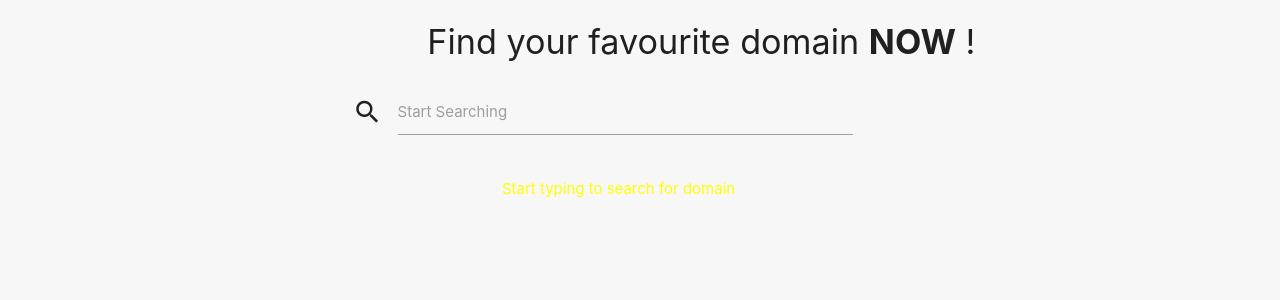
Repository: habib-urrehmaan/domain-name-searcher
Page: / (app in client/)
An editor plug-in stored every save of this project. The page is shown before and after the next save, followed by the edit.
The browser window is 1280 px wide. The pictures show the whole page.
The project was rebuilt for these pictures with package versions that can differ from the ones it lists, and the page was loaded fresh each time. Also part of the build but not shown: client/src/Suggested.js.

Above is the page before, as saved 2020-04-17 22:03:38.

After the next save:
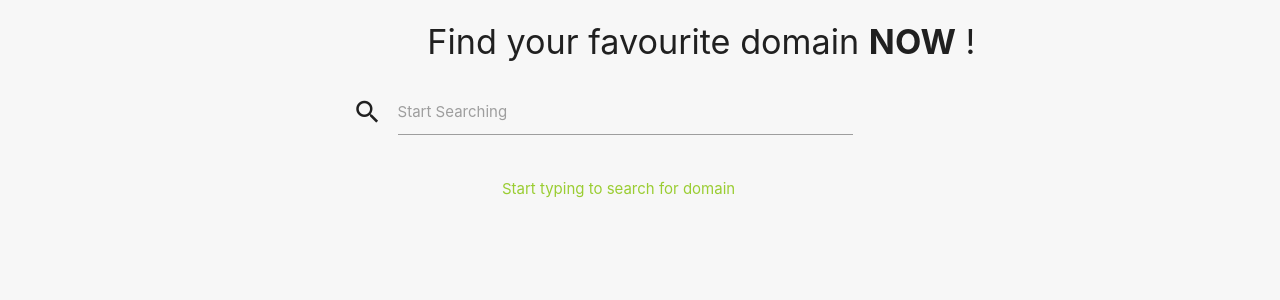
Saved 5 s later.
--- a/client/src/Output.css
+++ b/client/src/Output.css
@@ -8,5 +8,5 @@
 
 .info
 {
-    color:yellow
+    color:yellowgreen
 }
